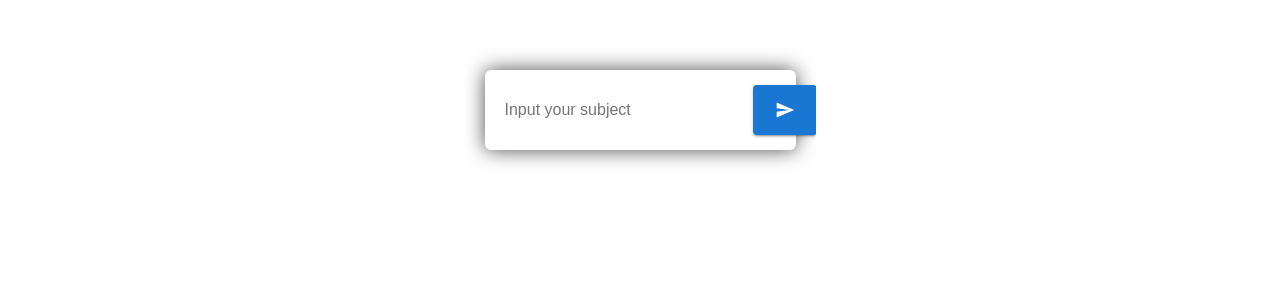
Repository: thienv29/todolist
Page: /
An editor plug-in stored every save of this project. The page is shown before and after the next save, followed by the edit.
The browser window is 1280 px wide. The pictures show the whole page.
The project was rebuilt for these pictures with package versions that can differ from the ones it lists, and the page was loaded fresh each time. Also part of the build but not shown: src/components/TodoEditing.js, src/components/Todo.js.

Above is the page before, as saved 2021-10-22 17:23:46.

After the next save:
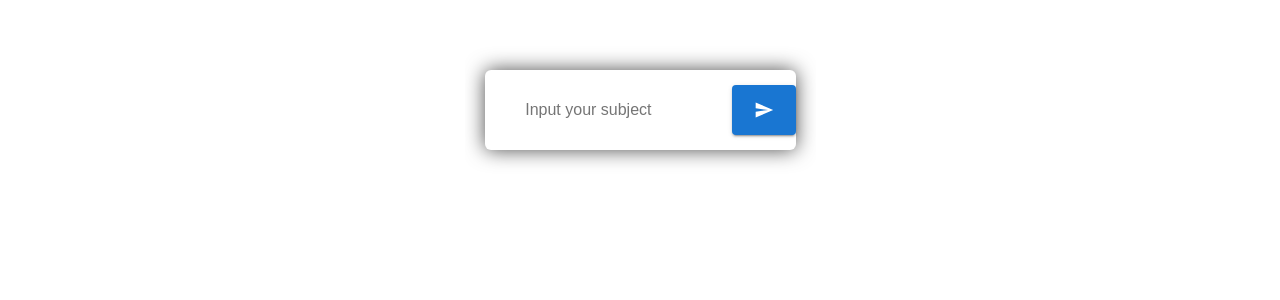
Saved 4 s later.
--- a/src/components/Input.js
+++ b/src/components/Input.js
@@ -40,7 +40,7 @@ export default function Input() {
                     placeholder="Input your subject"
                 />
             </Grid>
-            <Grid item xs={5}>
+            <Grid item >
                 <LocalizationProvider dateAdapter={AdapterDateFns}>
                     <DateTimePicker
                         className="inputTime"
